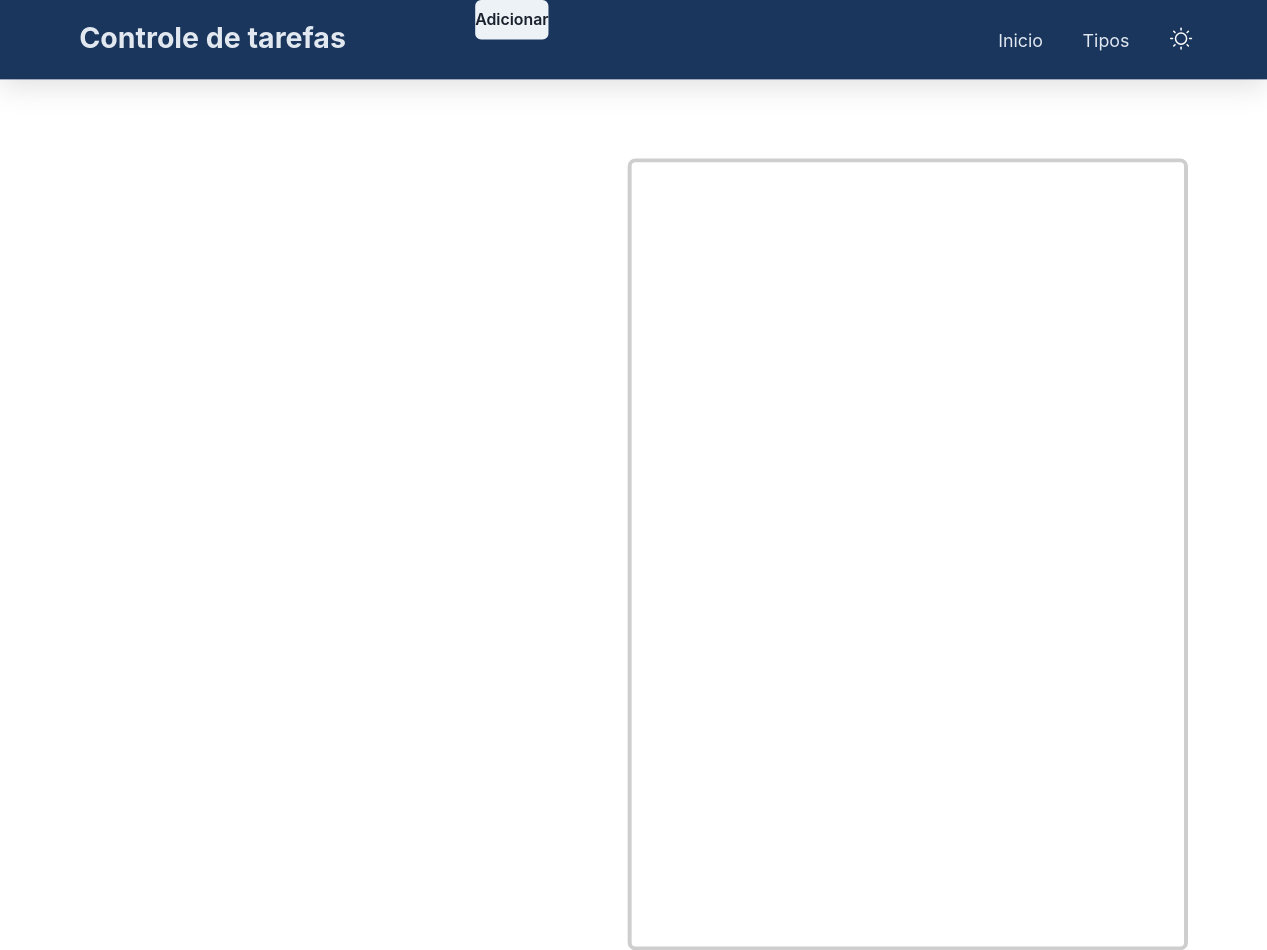
Repository: leosulzbach/Hackaton-Relampago
Page: /tipos (app in Front/)
These files come from the project's save history. The page is drawn as it stood at one moment and after the next save; the edit follows.
The browser window is 1280 px wide. The pictures show the whole page, at 99% of full size.
The page's requests for data from a server got no answer. The project was rebuilt for these pictures with package versions that can differ from the ones it lists, and the page was loaded fresh each time. No one was signed in, and anything a server would have sent is missing. Also part of the build but not shown: Front/vite.config.ts, Front/src/Components/Cards/CadInfo.styles.ts, Front/src/Components/Cards/CardInfo.tsx, Front/src/Components/Cards/Cards.styles.ts, Front/src/Components/Cards/Card.tsx, Front/src/Pages/home.tsx.

Above is the page before, as saved 2022-11-07 17:03:50.

### Front/src/App.tsx
import { ChakraProvider, theme } from "@chakra-ui/react"
import { BrowserRouter } from "react-router-dom"
import { Router } from "./Routes/Router"



function App() {
  return(
    <ChakraProvider theme={theme}>
    <BrowserRouter>
      <Router />
    </BrowserRouter>
  </ChakraProvider>
  )
}

export default App

### Front/src/Routes/Router.tsx
import { Routes, Route } from "react-router-dom";
import { Home } from "../Pages/home";
import { Tipos } from "../Pages/tipos";


export function Router() {
  return (
    <Routes>
      <Route path="/home" element={<Home />} />
      <Route path="/tipos" element={<Tipos />} />
     </Routes>
  );
}

### Front/src/Pages/tipos.tsx
import { Box, Button, Flex, Grid, Text } from '@chakra-ui/react'
import axios from 'axios';
import { CalendarPlus } from 'phosphor-react';
import { useEffect, useState } from 'react';
import { Card } from '../Components/Cards/Card';
import { Header } from '../Components/Header'


export interface Cadastro {
    id: number;
    descricao: string;
    situacao: string;
    data_vencimento: string;
    prioridade: string;
    email?: string

}

export const Tipos = () => {

    const [CadastroList, setCadastroList] = useState([]);



    useEffect(() => {
        axios.get("http://localhost:3000/tipos").then((response) => {
            setCadastroList(response.data);
        });
    }, []);

    console.log(CadastroList)
    return (
        <Flex>
            <Header />
            <Button
            ml={"30rem"}>Adicionar</Button>
            <Flex
                w={'100%'}
                align={"center"}

            >
                <Box
                    mt={"10rem"}
                    ml={"5rem"}
                    borderRadius={8}
                    mr={"5rem"}
                    border={"4px solid #cecece"}
                    w={'90%'}
                    h={'800px'}>
                    {CadastroList.map((cadastro: any) => {
                        return (
                            <Card id={cadastro.id} descricao={cadastro.descricao} situacao={cadastro.situacao} data_vencimento={cadastro.data_vencimento} prioridade={cadastro.prioridade} />
                        )
                    }
                    )
                    }

                </Box>
            </Flex>


        </Flex>

    )

}

### Front/src/Components/Header.tsx
import { Box, Flex, Input, Link, Text } from "@chakra-ui/react";
import { Sun } from "phosphor-react";



export const Header = () => {
    return (
        <Flex

            as="header"
            w="100%"
            h="20"
            justify="space-between"

            borderBottomWidth={1}
            borderColor="blue.900"
            bg="blue.900"
            position={"fixed"}
            boxShadow="rgba(100, 100, 111, 0.2) 0px 7px 29px 0px"
        >
            <Flex
                p="1rem"
                justify="flex-start"
                ml="4rem"
            >
                <Text
                    fontSize="1.8rem"
                    fontWeight="bold"
                    color="gray.200"
                >
                    Controle de tarefas
                </Text>
            </Flex>
            <Flex
                p="1.7rem"
                mr="3rem"
                justify="flex-end"
                gap={10}
            >
                <Link
                    href="/home"
                    color="gray.200"
                    fontSize={18}
                    _hover={{
                        borderBottom: '4px solid  blue', transition: 'all 0.3s ease-out', transform: 'translate(-11px, 0px)'
                    }}

                >
                    Inicio
                </Link>
                <Link

                    href="/tipos"
                    color="gray.200"
                    fontSize={18}
                    _hover={{
                        borderBottom: '4px solid  blue', transition: 'all 0.3s ease-out', transform: 'translate(-11px, 0px)'
                    }}
                >
                    Tipos
                </Link>

                <Sun size={24} color={"white"} />
            </Flex>



        </Flex>
    );
}

Loaded but not shown: Front/index.html (common file); Front/src/main.tsx (common file)

After the next save:
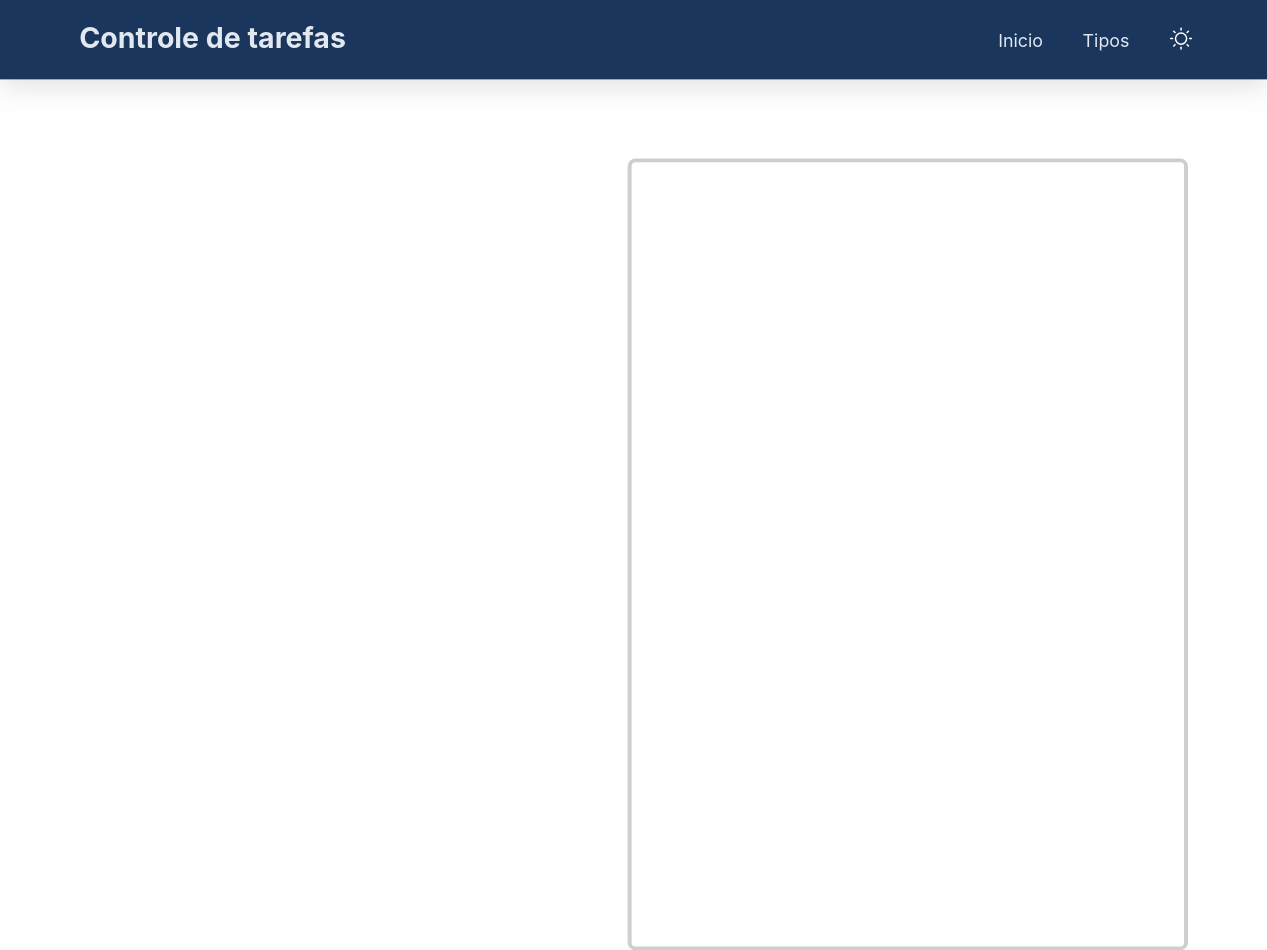
Saved 17 s later.
--- a/Front/src/Pages/tipos.tsx
+++ b/Front/src/Pages/tipos.tsx
@@ -31,9 +31,10 @@ export const Tipos = () => {
     console.log(CadastroList)
     return (
         <Flex>
-            <Header />
             <Button
             ml={"30rem"}>Adicionar</Button>
+            <Header />
+
             <Flex
                 w={'100%'}
                 align={"center"}
